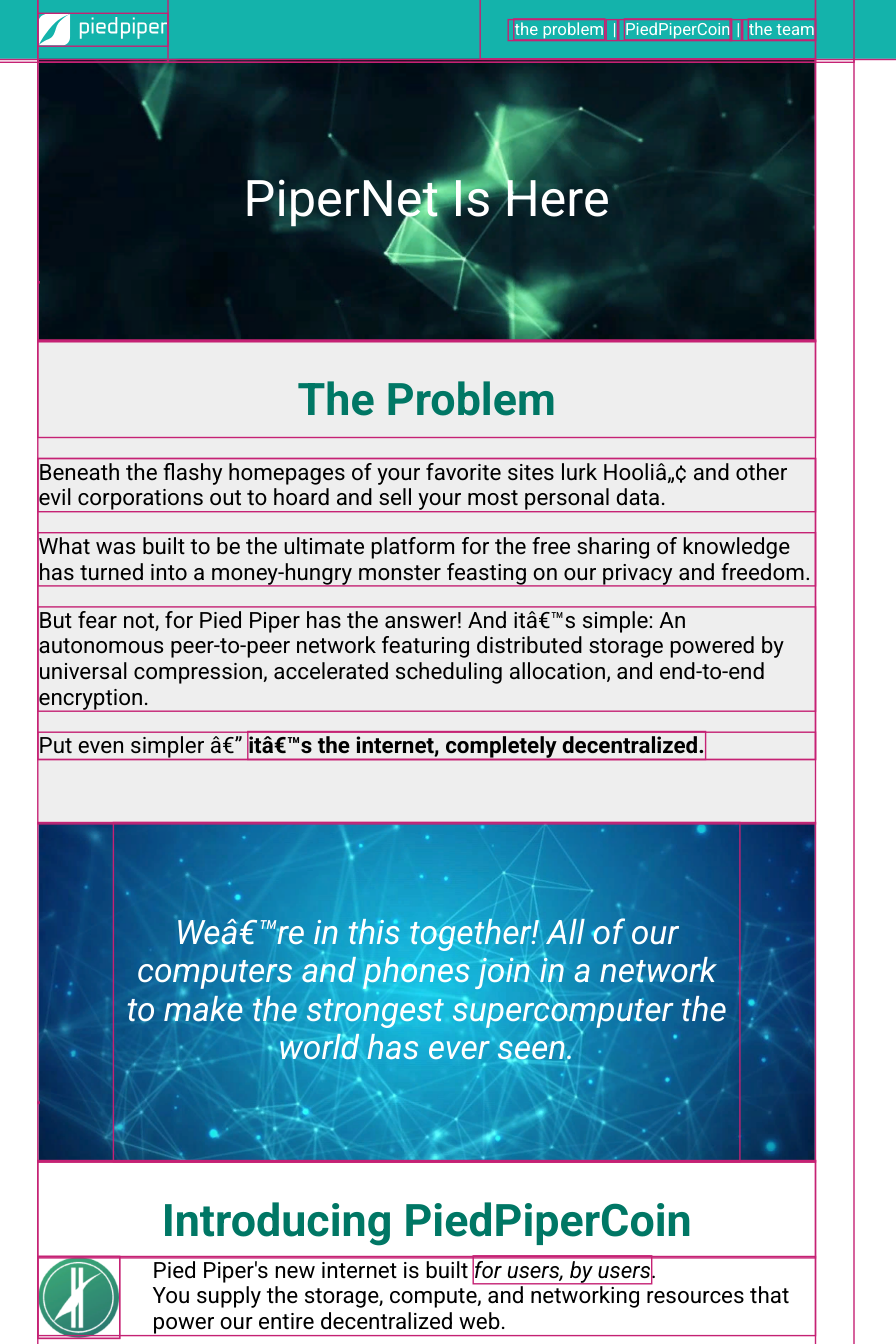
Repository: armus503/Pip_Piper
Page: Pip_Piper.html
The author's editor kept a copy of each file at every save. The page is drawn from the files as they stood at one save, then again after the next save.
The browser window is 1280 px wide. The pictures show the part of the page from y = 0 to 1920 px (the page is 3271 px tall), at 70% of full size.

Above is the page before, as saved 2021-07-21 00:44:15.

After the next save:
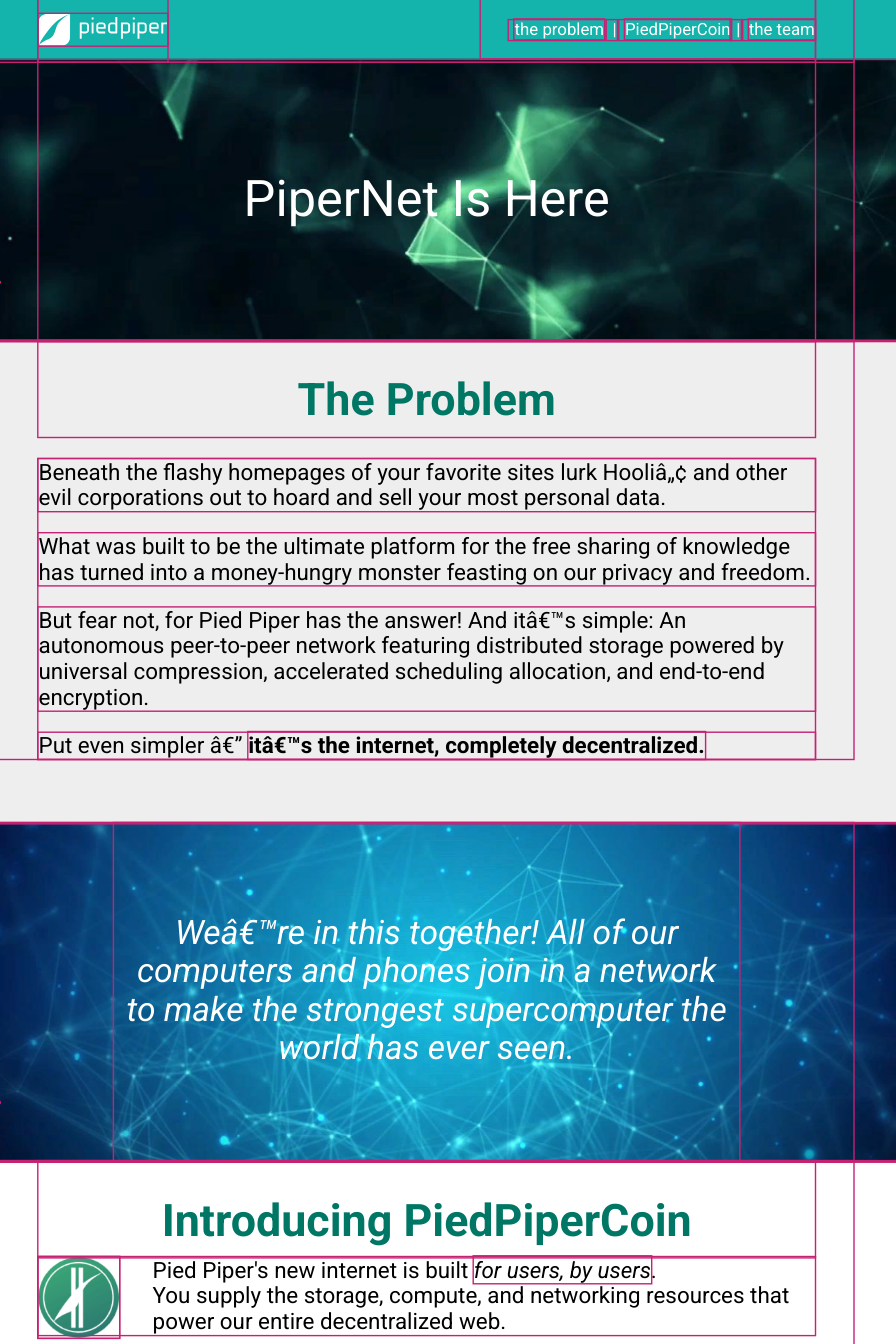
Saved 16 min 22 s later.
--- a/Pip_Piper.html
+++ b/Pip_Piper.html
@@ -31,18 +31,16 @@
         </div>
     </header>
     <main class="main">
-        <div class="main-content">
-            <section id="anchor-logo" class="jumbotron">
-
+        <section id="anchor-logo" class="jumbotron">
+            <div class="main-content">
                 <div class="text-jumbotron">PiperNet Is Here</div>
-
-            </section>
-            <div class="anchor">
-                <a id="anchor-the_Problem" class="anchor__link"></a>
             </div>
-
-            <section class="the_Problem">
-
+        </section>
+        <div class="anchor">
+            <a id="anchor-the_Problem" class="anchor__link"></a>
+        </div>
+        <section class="the_Problem">
+            <div class="main-content">
                 <h2 class="title-the_Problem">The Problem</h2>
                 <div class="text-the_Problem">
                     <p>Beneath the flashy homepages of your favorite sites lurk Hooli™ and other evil corporations out to hoard and sell your most personal data.</p>
@@ -50,19 +48,19 @@
                     <p>But fear not, for Pied Piper has the answer! And it’s simple: An autonomous peer-to-peer network featuring distributed storage powered by universal compression, accelerated scheduling allocation, and end-to-end encryption.</p>
                     <p>Put even simpler — <strong>it’s the internet, completely decentralized.</strong></p>
                 </div>
+            </div>
+        </section>
 
-            </section>
-
-            <section class="hero">
-
+        <section class="hero">
+            <div class="main-content">
                 <div class="text-hero">We’re in this together! All of our</br> computers and phones join in a network</br> to make the strongest supercomputer the world has ever seen.</div>
-
-            </section>
-            <div class="anchor">
-                <a id="anchor-pied_Piper_Coin" class="anchor__link"></a>
             </div>
-            <section class="pied_Piper_Coin">
-
+        </section>
+        <div class="anchor">
+            <a id="anchor-pied_Piper_Coin" class="anchor__link"></a>
+        </div>
+        <section class="pied_Piper_Coin">
+            <div class="main-content">
                 <h2 class="title-pied_Piper_Coin">Introducing PiedPiperCoin</h2>
                 <a href="#anchor-logo" class="pied_Piper_Coin__logo__link">
                     <img src="PPC Logo.png" class="pied_Piper_Coin__logo__img" alt="PPC Logo">
@@ -72,13 +70,13 @@
                     <p>Now there's a way to give credit where credit is due. Compute credit, that is! The more you share your device resources, the more PiedPiperCoin you receive.</p>
                     <p>Whether you're a developer with an app ready for market, or just an Average Joe with a smartphone you'll love all you can do with PiedPiperCoin.</p>
                 </div>
-
-            </section>
-            <div class="anchor">
-                <a id="anchor-the_Team" class="anchor__link"></a>
             </div>
-            <section class="the_Team">
-
+        </section>
+        <div class="anchor">
+            <a id="anchor-the_Team" class="anchor__link"></a>
+        </div>
+        <section class="the_Team">
+            <div class="main-content">
                 <h2 class="the_Team__header">The Team</h2>
                 <div class="block-card-the_Team">
                     <div class="card-the_Team__Richard_Hendrics card-the_Team">
@@ -124,7 +122,8 @@
                         <div class="card-the_Team__post">Majority Investor</div>
                     </div>
                 </div>
-            </section>
+            </div>
+        </section>
         </div>
     </main>
     <footer class="footer">
